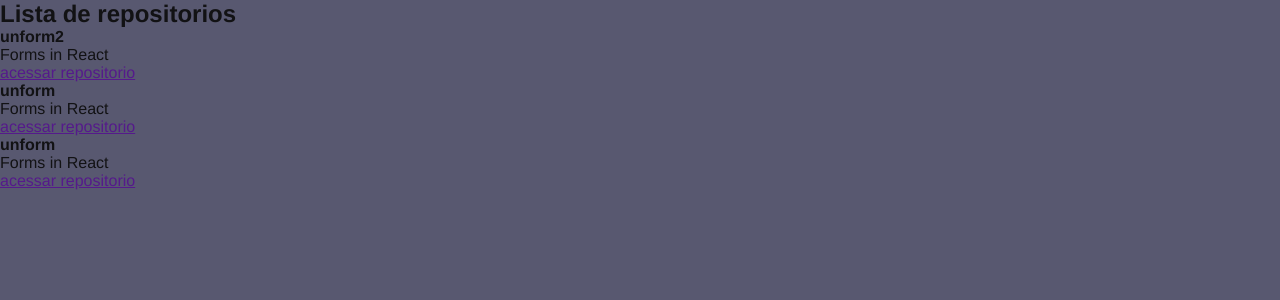
Repository: niltonmalves/01-githug-explorer
Page: /
An editor plug-in stored every save of this project. The page is shown before and after the next save, followed by the edit.
The browser window is 1280 px wide. The pictures show the whole page.
The project was rebuilt for these pictures with package versions that can differ from the ones it lists, and the page was loaded fresh each time. Also part of the build but not shown: webpack.config.js.

Above is the page before, as saved 2022-01-06 14:41:34.

After the next save:
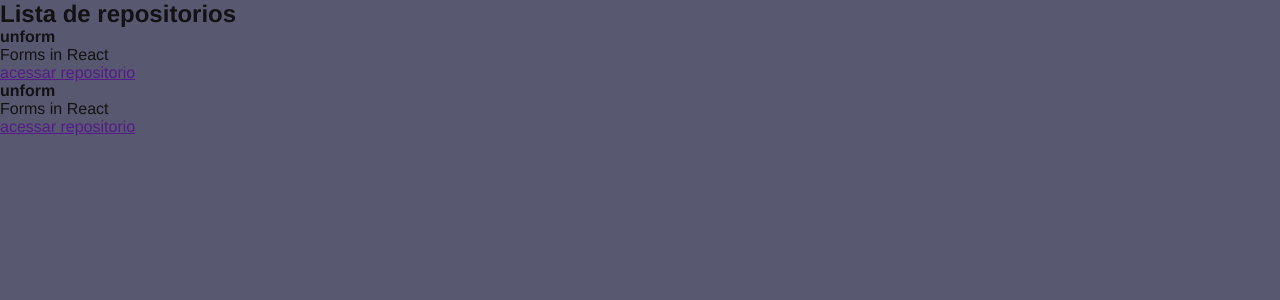
Saved 3 s later.
--- a/src/components/RepositoryList.jsx
+++ b/src/components/RepositoryList.jsx
@@ -5,13 +5,7 @@
         <section className="repository-list">
       <h1>Lista de repositorios</h1>
       <ul>
-          <li>
-              <strong>{repositoryName}</strong>
-              <p>Forms in React</p>
-              <a href="">
-                  acessar repositorio
-              </a>
-          </li>
+
 
           <li>
               <strong>unform</strong>

After the save that followed:
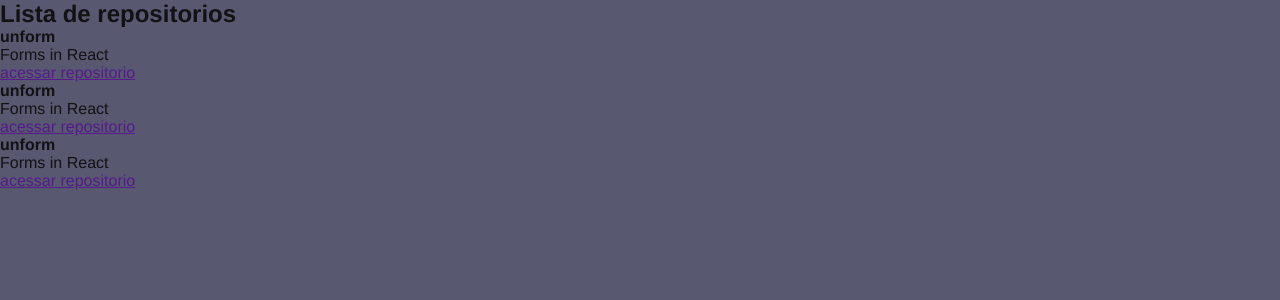
Saved 43 s later.
--- a/src/components/RepositoryList.jsx
+++ b/src/components/RepositoryList.jsx
@@ -1,3 +1,5 @@
+import { RepositoryItem } from "./RepositoryItem";
+
 const repositoryName = 'unform2';
 
 export function RepositoryList() {
@@ -6,7 +8,7 @@
       <h1>Lista de repositorios</h1>
       <ul>
 
-
+        <RepositoryItem />
           <li>
               <strong>unform</strong>
               <p>Forms in React</p>
